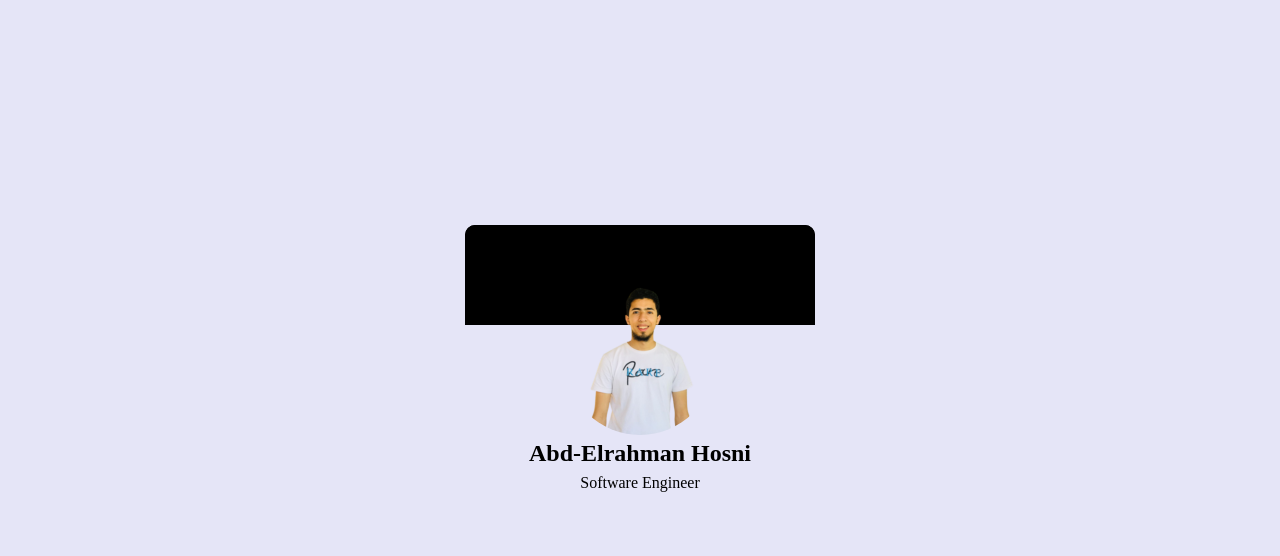
Repository: Abdo-Hosni123/Html-and-css-projects
Page: index.html
These files come from the project's save history. The page is drawn as it stood at one moment and after the next save; the edit follows.
The browser window is 1280 px wide. The pictures show the whole page.

Above is the page before, as saved 2023-12-05 22:14:59.

### index.html
<!DOCTYPE html>
<html lang="en">
<head>
    <meta charset="UTF-8">
    <meta name="viewport" content="width=device-width, initial-scale=1.0">
    <title>Abd-Elrahman Honsi's profile component</title>
    <link rel="stylesheet" href="Style.css">
</head>
<body>
    <div class="container">
        <article class="card">
            <div class="top"></div>
            <div class="middle">
                <img src="./assets/mypicture.webp" alt="picture of Abdelrahman Hosni" class="card-img">
                <h1>Abd-Elrahman Hosni</h1>
                <p>Software Engineer</p>
            </div>
            <div class="bottom"></div>
        </article>

    </div>
</body>
</html>

### Style.css

*, *::before, *::after {
box-sizing: border-box;
}
* {
margin: 0;
}
body {
line-height: 1.5;
-webkit-font-smoothing: antialiased;
}

img, picture, video, canvas, svg {
display: block;
max-width: 100%;
}

input, button, textarea, select {
font: inherit;
}

p, h1, h2, h3, h4, h5, h6 {
overflow-wrap: break-word;
}

#root, #__next {
isolation: isolate;
}
.container{
    display: flex;
    align-items: center;
    justify-content: center;
    min-height: 100vh;
    background-color: #e5e5f7;

}
.card {
    display: flex;
    flex-direction: column;
    min-width: 350px;
    border-radius: 10px;
    overflow: hidden;
}
.top {
    height: 100px;
    background-color: #000000;
    opacity: 1;
    background-image: radial-gradient(#000000 0.45px, #000000 0.45px);
    background-size: 9px 9px;
    z-index: 1;
}
.middle{
    display: flex;
    flex-direction: column;
    justify-content: center;
    align-items: center;
}
.card-img{
    margin-top: -40px;
    border-radius: 50%;
    height: 150px;
    z-index: 2;
}

After the next save:
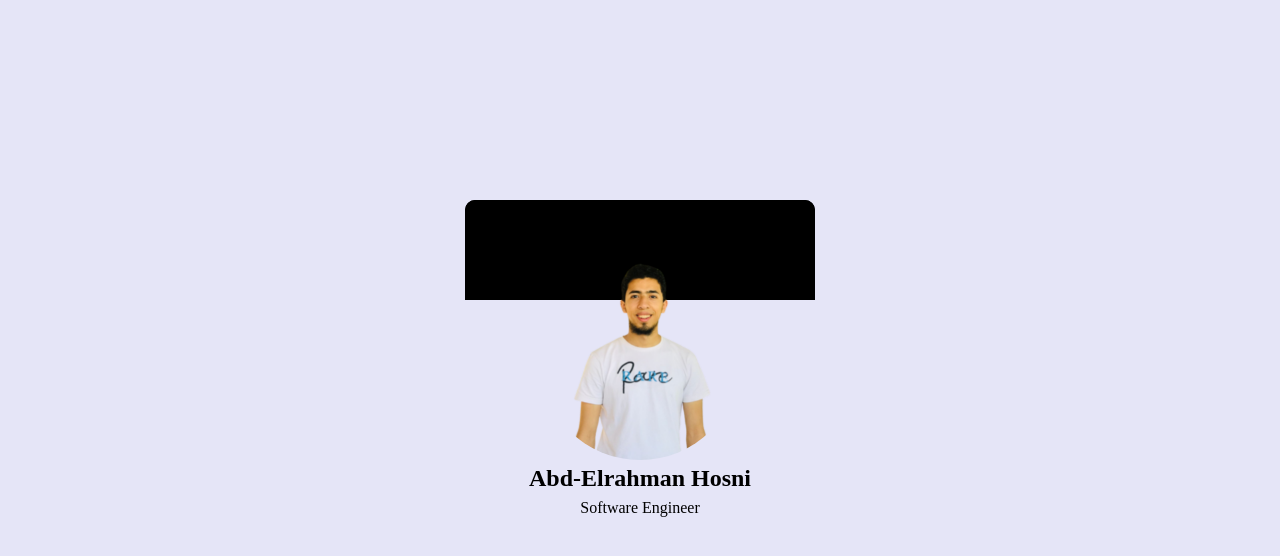
Saved 15 s later.
--- a/Style.css
+++ b/Style.css
@@ -58,6 +58,6 @@ isolation: isolate;
 .card-img{
     margin-top: -40px;
     border-radius: 50%;
-    height: 150px;
+    height:200px;
     z-index: 2;
 }
